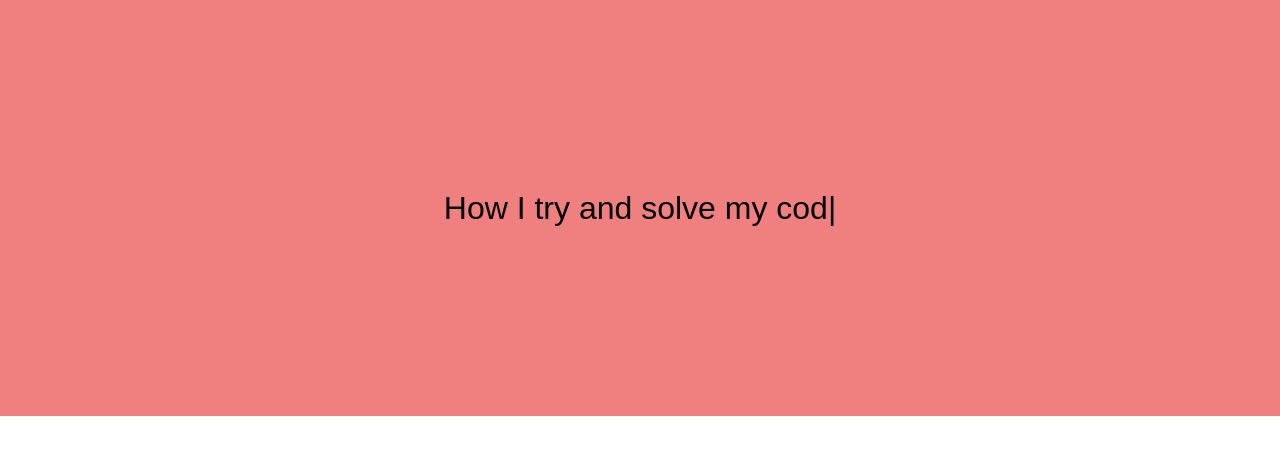
Repository: chashoff/portfolio-winner
Page: /blog (app in reactjs/)
These files come from the project's save history. The page is drawn as it stood at one moment and after the next save; the edit follows.
The browser window is 1280 px wide. The pictures show the whole page.
The project was rebuilt for these pictures with package versions that can differ from the ones it lists, and the page was loaded fresh each time. Also part of the build but not shown: reactjs/src/styles/Home.css, reactjs/src/components/gridItem/index.js, reactjs/src/components/social/index.css, reactjs/src/components/social/index.js, reactjs/src/views/Home.js, reactjs/src/views/About.js, reactjs/src/views/Projects.js, reactjs/src/views/Contact.js.

Above is the page before, as saved 2020-05-24 00:59:38.

After the next save:
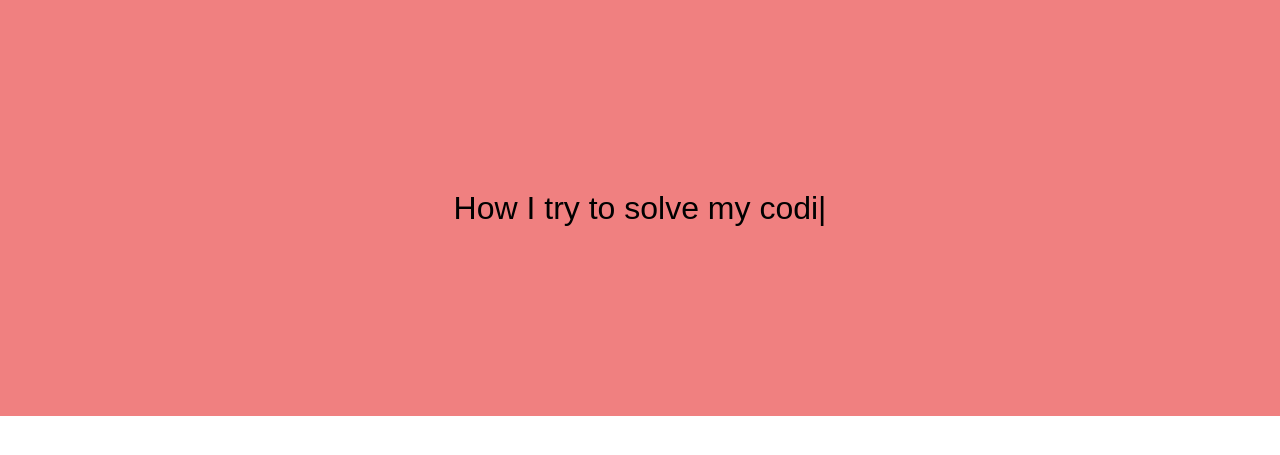
Saved 4 s later.
--- a/reactjs/src/views/Blog.js
+++ b/reactjs/src/views/Blog.js
@@ -11,7 +11,7 @@ class Blog extends Component {
                         <Typed
                         strings={[
                             'How I solve my coding problems!',
-                            'How I try and solve my coding problems...']}
+                            'How I try to solve my coding problems...']}
                             typeSpeed={40}
                             backSpeed={50}
                             className="typed-js"
